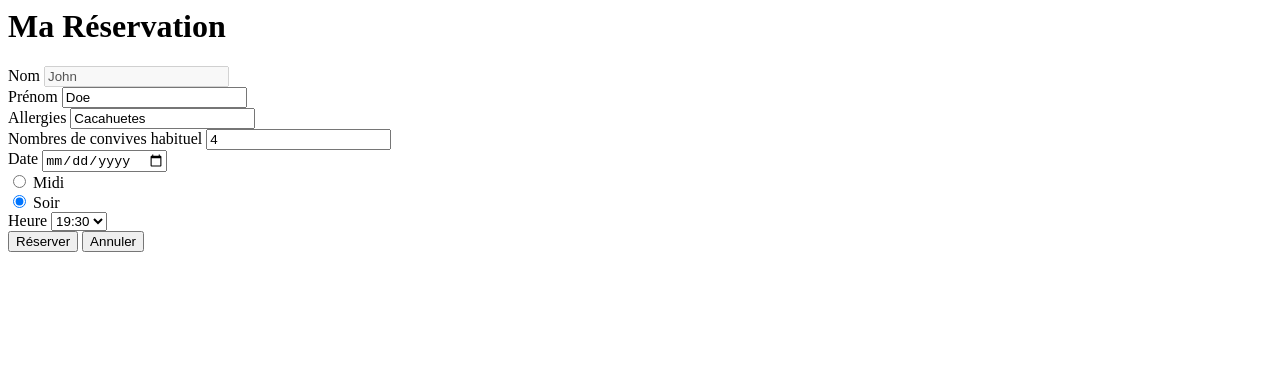
Repository: lemonhao9/QuaiAntiqueRestaurantFront
Page: pages/reservations/reserver.html
An editor plug-in stored every save of this project. The page is shown before and after the next save, followed by the edit.
The browser window is 1280 px wide. The pictures show the whole page.

Above is the page before, as saved 2025-01-24 16:17:07.

After the next save:
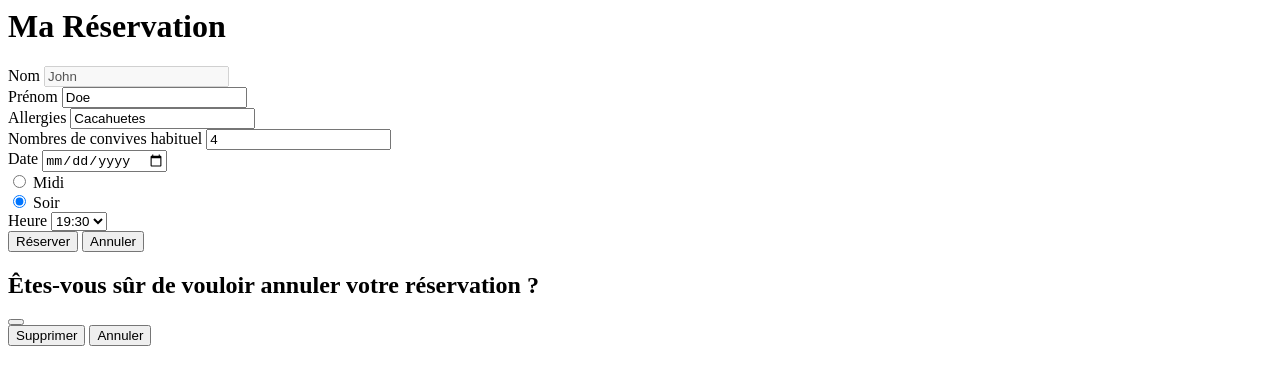
Saved 7 min 39 s later.
--- a/pages/reservations/reserver.html
+++ b/pages/reservations/reserver.html
@@ -54,7 +54,27 @@
         </div>
         <div class="text-center">
             <button type="submit" class="btn btn-primary">Réserver</button>
-            <button type="button" class="btn btn-danger">Annuler</button>
+            <button type="button" class="btn btn-danger" data-bs-toggle="modal" data-bs-target="#AnnulerResaModal">Annuler</button>
         </div>
     </form>
 </div>
+
+  <!-- Modal suppression -->
+  <div class="modal fade" id="AnnulerResaModal" tabindex="-1" aria-labelledby="AnnulerResaModalLabel" aria-hidden="true">
+    <div class="modal-dialog">
+      <div class="modal-content">
+        <div class="modal-header">
+          <h2 class="modal-title fs-5" id="AnnulerResaModal">Êtes-vous sûr de vouloir annuler votre réservation ?</h2>
+          <button type="button" class="btn-close" data-bs-dismiss="modal" aria-label="Close"></button>
+        </div>
+        <div class="modal-body">
+            <form>
+                <div class="text-center">
+                    <button type="button" class="btn btn-danger">Supprimer</button>
+                    <button type="button" class="btn btn-secondary" data-bs-dismiss="modal">Annuler</button>
+                </div>
+            </form>
+        </div>
+      </div>
+    </div>
+  </div>
